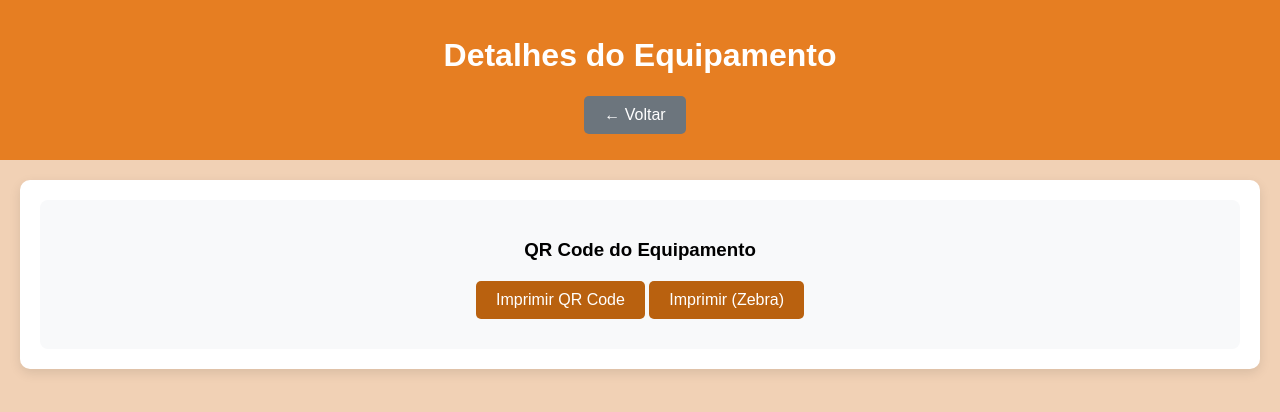
Repository: davyjales/inventario-TI
Page: detalhesEquipamento.html
An editor plug-in stored every save of this project. The page is shown before and after the next save, followed by the edit.
The browser window is 1280 px wide. The pictures show the whole page.
The page's requests for data from a server got no answer.

Above is the page before, as saved 2025-09-13 14:49:39.
Console error: SyntaxError: Cannot use import statement outside a module

After the next save:
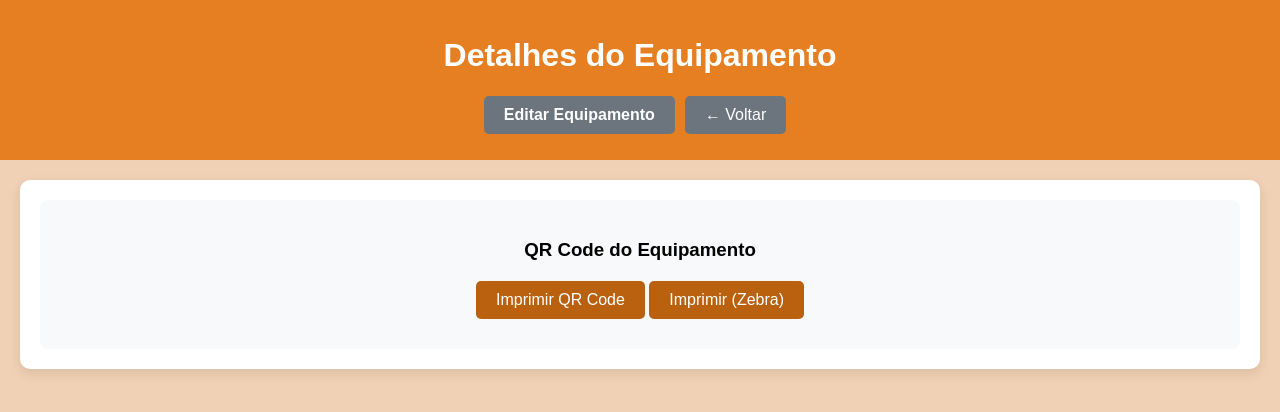
Saved 2 min 36 s later.
--- a/detalhesEquipamento.html
+++ b/detalhesEquipamento.html
@@ -101,6 +101,28 @@
             background: #5a6268;
         }
 
+        .header-buttons {
+            display: flex;
+            justify-content: center;
+            gap: 10px;
+            align-items: center;
+        }
+
+        .btn-edit {
+            background: #6c757d;
+            color: white;
+            padding: 10px 20px;
+            border: none;
+            border-radius: 5px;
+            cursor: pointer;
+            font-size: 16px;
+            font-weight: bold;
+        }
+
+        .btn-edit:hover {
+            background: #5a6268;
+        }
+
         #termo-container {
             margin-bottom: 20px;
             padding: 15px;
@@ -148,7 +170,10 @@
 <body>
     <header>
         <h1>Detalhes do Equipamento</h1>
-<button class="btn-back" onclick="window.location.href='index.html'">← Voltar</button>
+        <div class="header-buttons">
+            <button class="btn-edit" id="btn-edit">Editar Equipamento</button>
+            <button class="btn-back" onclick="window.location.href='index.html'">← Voltar</button>
+        </div>
     </header>
 
     <main class="equipment-details">
@@ -174,5 +199,47 @@
     </main>
 
     <script src="js/detalhesEquipamento.js"></script>
+  <!-- Modal de edição de equipamento -->
+  <div id="edit-equipment-modal" class="modal hidden">
+    <div class="modal-content">
+      <h3>Editar Equipamento</h3>
+      <form id="edit-equipment-form">
+        <input type="hidden" id="edit-equipment-id" name="id" />
+        <div class="form-group">
+          <label for="edit-categoria">Categoria:</label>
+          <select id="edit-categoria" name="categoria_id" required></select>
+        </div>
+        <div class="form-group">
+          <label for="edit-nome">Nome:</label>
+          <input type="text" id="edit-nome" name="nome" required />
+        </div>
+        <div class="form-group">
+          <label for="edit-dono">Usuário:</label>
+          <input type="text" id="edit-dono" name="dono" />
+        </div>
+        <div class="form-group">
+          <label for="edit-setor">Setor:</label>
+          <input type="text" id="edit-setor" name="setor" />
+        </div>
+        <div class="form-group">
+          <label for="edit-cargo">Cargo:</label>
+          <input type="text" id="edit-cargo" name="cargo" />
+        </div>
+        <div class="form-group">
+          <label for="edit-descricao">Descrição:</label>
+          <textarea id="edit-descricao" name="descricao"></textarea>
+        </div>
+        <div id="edit-additional-fields-container"></div>
+        <div class="form-group">
+          <label for="edit-status">Status:</label>
+          <select id="edit-status" name="status_id" required></select>
+        </div>
+        <div class="modal-buttons">
+          <button type="submit" class="btn-auth">Salvar</button>
+          <button type="button" id="cancel-edit" class="btn-delete">Cancelar</button>
+        </div>
+      </form>
+    </div>
+  </div>
 </body>
 </html>
